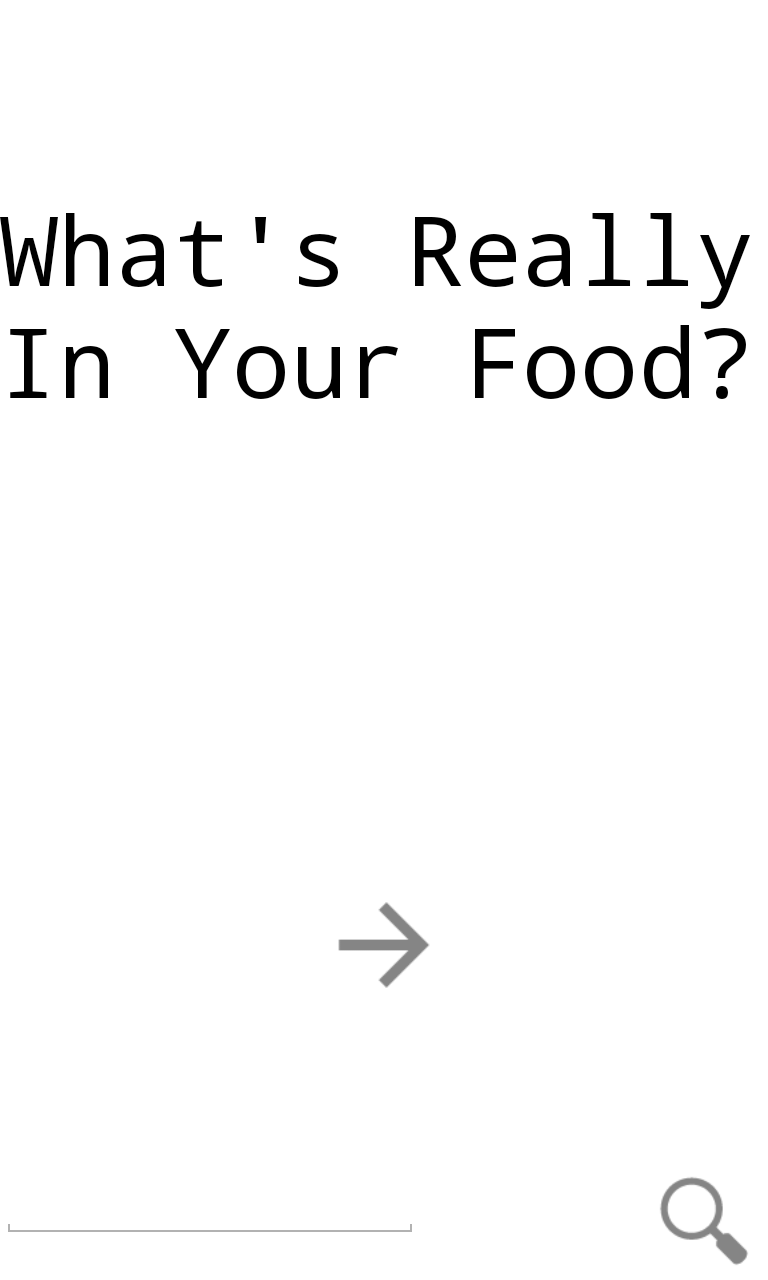
Repository: sehmon/workspace-eclipse
Layout: WhatAmIEating/res/layout/activity_scan.xml
An editor plug-in stored every save of this project. The layout is shown before and after the next save, followed by the edit.
It is drawn on a 768 x 1280 px phone screen (xhdpi) without system bars, with theme android:Theme.Holo.Light.NoActionBar.Fullscreen; the app's code is not run. The app's manifest (not shown) leaves right-to-left support off. So textAlignment, textDirection and layoutDirection are ignored, and left and right values win over start and end ones.

Above is the layout before, as saved 2014-04-13 11:14:47.

### WhatAmIEating/res/layout/activity_scan.xml
<RelativeLayout xmlns:android="http://schemas.android.com/apk/res/android"
    xmlns:tools="http://schemas.android.com/tools"
    android:id="@+id/container"
    android:layout_width="match_parent"
    android:layout_height="match_parent" >

    <TextView
        android:id="@+id/textView1"
        android:layout_width="wrap_content"
        android:layout_height="wrap_content"
        android:layout_alignParentTop="true"
        android:layout_centerHorizontal="true"
        android:layout_marginTop="92dp"
        android:text="What&apos;s Really In Your Food?"
        android:textAppearance="?android:attr/textAppearanceLarge"
        android:textSize="48sp"
        android:typeface="monospace"
        android:textAlignment="center" />

    <EditText
        android:id="@+id/editText1"
        android:layout_width="wrap_content"
        android:layout_height="wrap_content"
        android:layout_alignLeft="@+id/textView1"
        android:layout_alignParentBottom="true"
        android:layout_marginBottom="20dp"
        android:layout_toLeftOf="@+id/ImageButton01"
        android:ems="10" />

    <ImageButton
        android:id="@+id/imageButton1"
        android:layout_width="wrap_content"
        android:layout_height="wrap_content"
        android:layout_alignRight="@+id/textView1"
        android:layout_alignTop="@+id/editText1"
        android:background="#0000"
        android:src="@drawable/ic_action_search" />

    <ImageButton
        android:id="@+id/scanButton"
        android:layout_width="wrap_content"
        android:layout_height="wrap_content"
        android:layout_above="@+id/editText1"
        android:layout_centerHorizontal="true"
        android:layout_marginBottom="76dp"
        android:background="#0000"
        android:src="@drawable/ic_action_forward" />

</RelativeLayout>

After the next save:
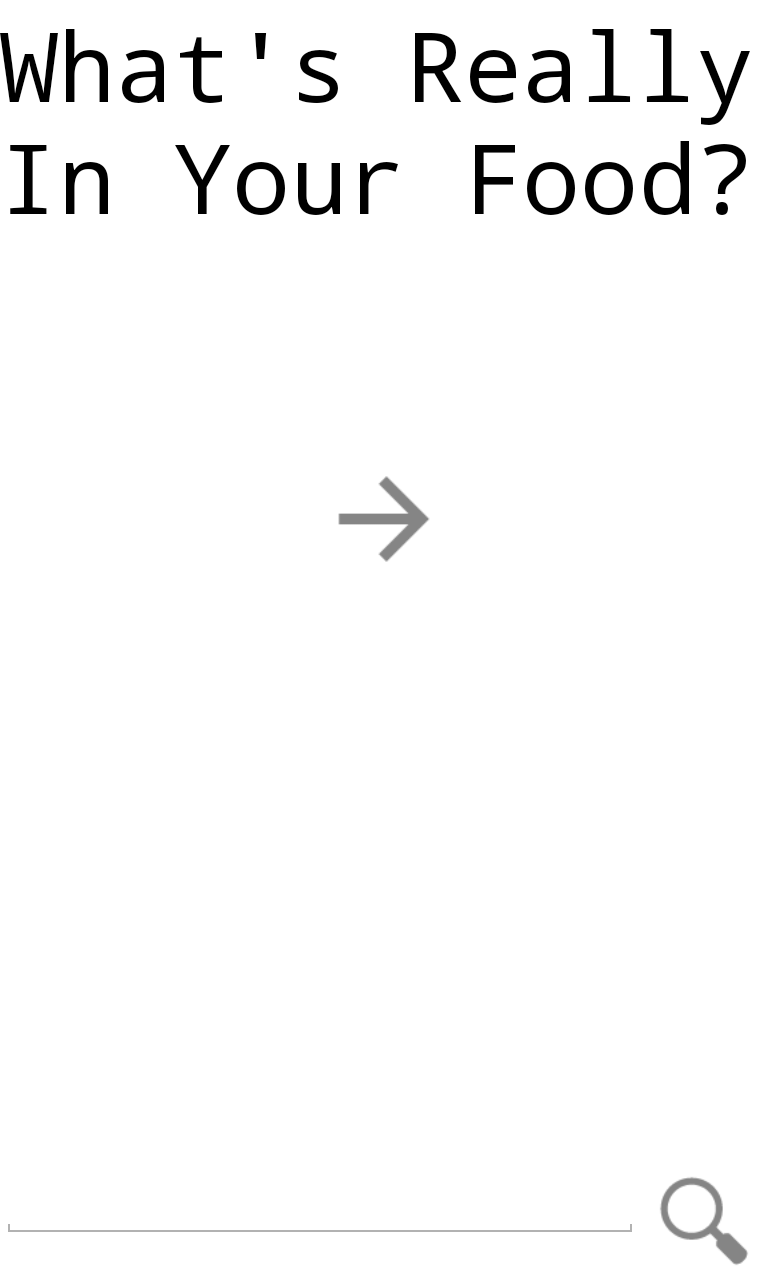
Saved 2 min 15 s later.
--- a/WhatAmIEating/res/layout/activity_scan.xml
+++ b/WhatAmIEating/res/layout/activity_scan.xml
@@ -3,19 +3,6 @@
     android:id="@+id/container"
     android:layout_width="match_parent"
     android:layout_height="match_parent" >
-
-    <TextView
-        android:id="@+id/textView1"
-        android:layout_width="wrap_content"
-        android:layout_height="wrap_content"
-        android:layout_alignParentTop="true"
-        android:layout_centerHorizontal="true"
-        android:layout_marginTop="92dp"
-        android:text="What&apos;s Really In Your Food?"
-        android:textAppearance="?android:attr/textAppearanceLarge"
-        android:textSize="48sp"
-        android:typeface="monospace"
-        android:textAlignment="center" />
 
     <EditText
         android:id="@+id/editText1"
@@ -24,7 +11,7 @@
         android:layout_alignLeft="@+id/textView1"
         android:layout_alignParentBottom="true"
         android:layout_marginBottom="20dp"
-        android:layout_toLeftOf="@+id/ImageButton01"
+        android:layout_toLeftOf="@+id/imageButton1"
         android:ems="10" />
 
     <ImageButton
@@ -36,13 +23,25 @@
         android:background="#0000"
         android:src="@drawable/ic_action_search" />
 
+    <TextView
+        android:id="@+id/textView1"
+        android:layout_width="wrap_content"
+        android:layout_height="wrap_content"
+        android:layout_alignParentLeft="true"
+        android:layout_alignParentTop="true"
+        android:text="What&apos;s Really In Your Food?"
+        android:textAlignment="center"
+        android:textAppearance="?android:attr/textAppearanceLarge"
+        android:textSize="48sp"
+        android:typeface="monospace" />
+
     <ImageButton
         android:id="@+id/scanButton"
         android:layout_width="wrap_content"
         android:layout_height="wrap_content"
-        android:layout_above="@+id/editText1"
+        android:layout_below="@+id/textView1"
         android:layout_centerHorizontal="true"
-        android:layout_marginBottom="76dp"
+        android:layout_marginTop="107dp"
         android:background="#0000"
         android:src="@drawable/ic_action_forward" />
 
